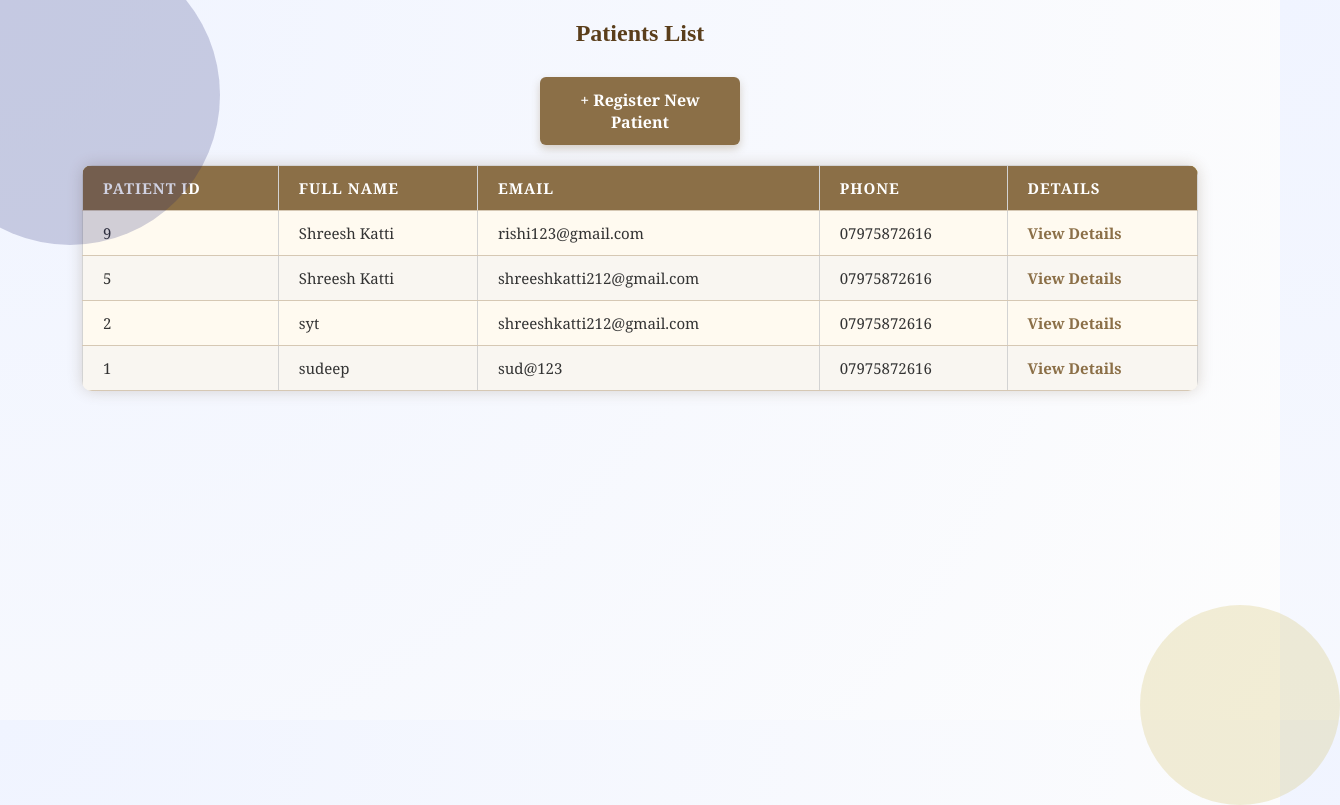
Repository: shreeshskatti/hospital_management_system
Page: http://localhost/patients/view_patient.php?p_id=9
The author's editor kept a copy of each file at every save. The page is drawn from the files as they stood at one save, then again after the next save.
The browser window is 1280 px wide. The page is 1340 px wide, so the pictures cover 1340 px, including what lies to the right of the window. The pictures show the whole page.
Some web fonts or font styles are not loaded; a fallback is used. The page is run by PHP 8.4 with error messages shown; the project is at /var/www/html/. The database holds what the project's SQL file puts in it.

Above is the page before, as saved 2025-05-29 21:07:13.

After the next save:
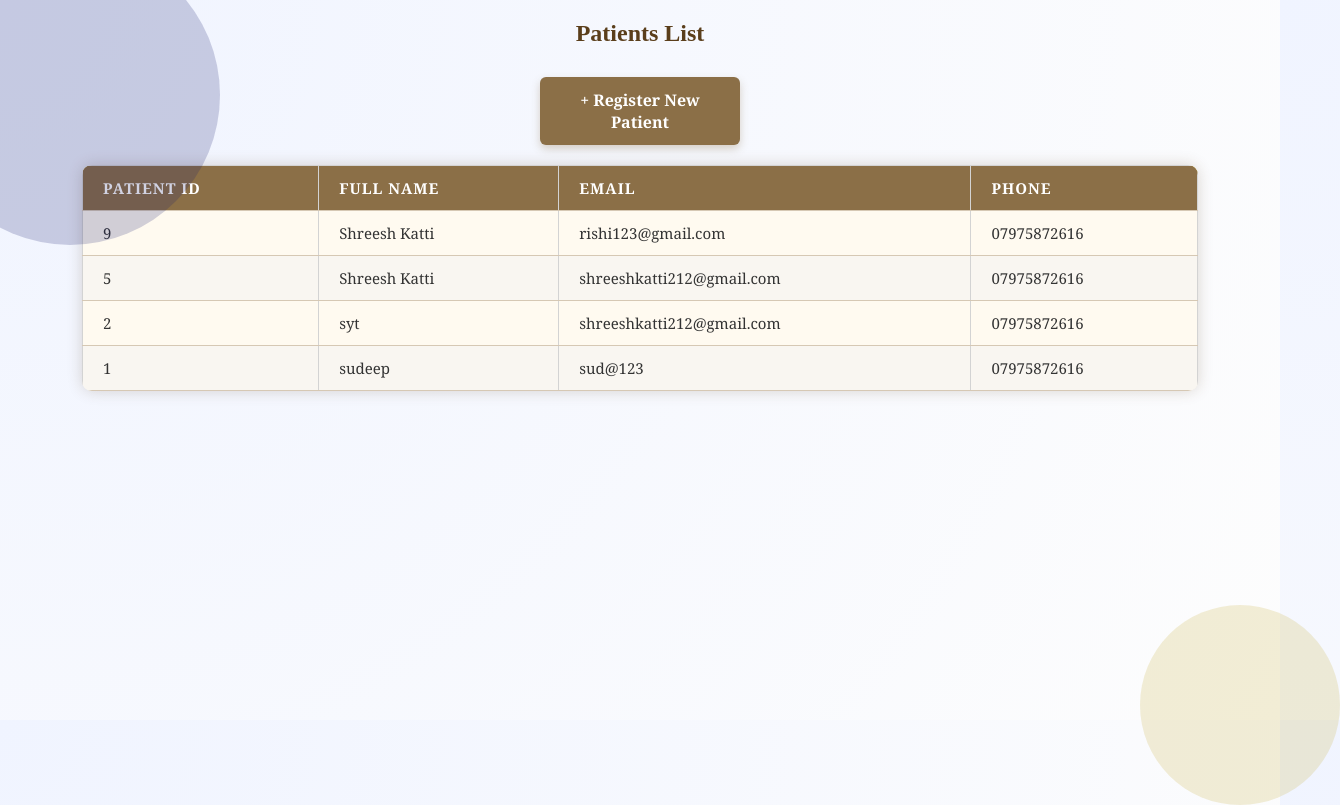
Saved 4 min 41 s later.
--- a/patients/view_patient.php
+++ b/patients/view_patient.php
@@ -47,14 +47,6 @@ $result = $conn->query($sql);
             background-color: #f2e9d8;
             cursor: pointer;
         }
-        a.view-link {
-            color: #8b6f47;
-            text-decoration: none;
-            font-weight: 600;
-        }
-        a.view-link:hover {
-            text-decoration: underline;
-        }
         .add-patient-btn {
             display: block;
             width: 200px;
@@ -86,7 +78,6 @@ $result = $conn->query($sql);
                 <th>Full Name</th>
                 <th>Email</th>
                 <th>Phone</th>
-                <th>Details</th>
             </tr>
         </thead>
         <tbody>
@@ -97,11 +88,10 @@ $result = $conn->query($sql);
                         <td><?php echo htmlspecialchars($row['name']); ?></td>
                         <td><?php echo htmlspecialchars($row['email']); ?></td>
                         <td><?php echo htmlspecialchars($row['phone']); ?></td>
-                        <td><a class="view-link" href="view_patient.php?p_id=<?php echo $row['patient_id']; ?>">View Details</a></td>
                     </tr>
                 <?php endwhile; ?>
             <?php else: ?>
-                <tr><td colspan="5" style="text-align:center;">No patients found.</td></tr>
+                <tr><td colspan="4" style="text-align:center;">No patients found.</td></tr>
             <?php endif; ?>
         </tbody>
     </table>
